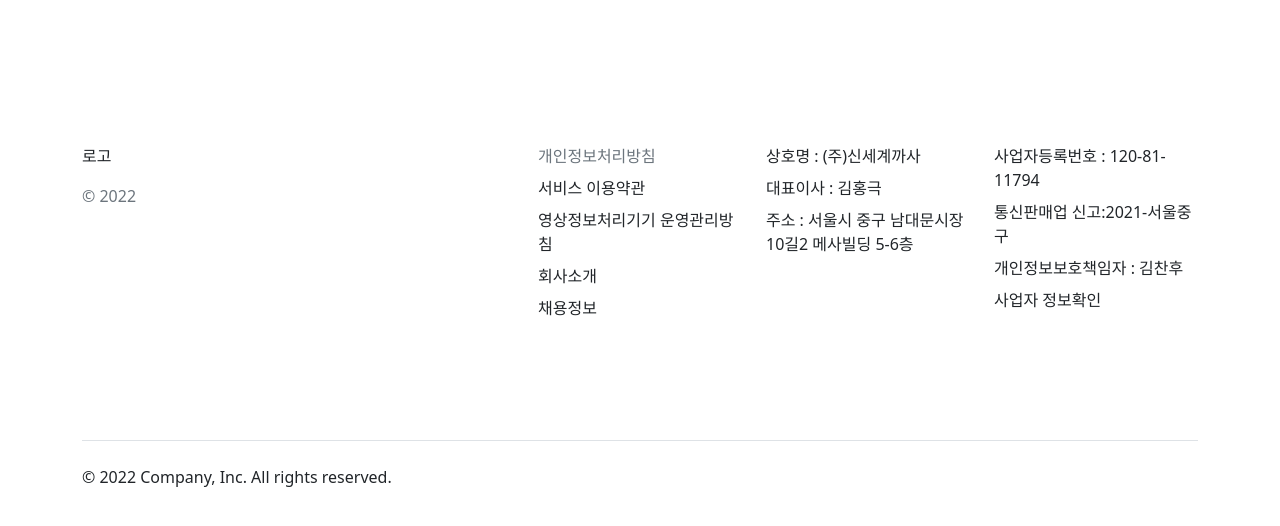
Repository: raoniee/Elice-House-Project
Page: FE/src/components/footer/footer.html
The author's editor kept a copy of each file at every save. The page is drawn from the files as they stood at one save, then again after the next save.
The browser window is 1280 px wide. The pictures show the whole page.

Above is the page before, as saved 2023-07-05 12:47:38.

After the next save:
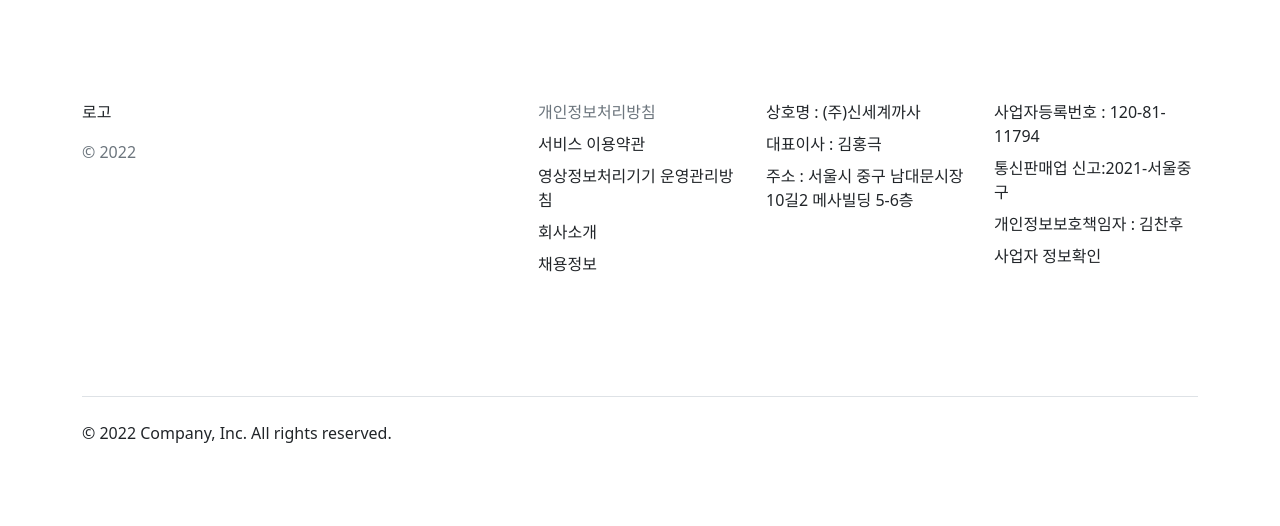
Saved 3 min 28 s later.
--- a/FE/src/components/footer/footer.html
+++ b/FE/src/components/footer/footer.html
@@ -13,76 +13,74 @@
     />
   </head>
   <body>
-    <div class="container">
-      <footer class="py-5">
-        <div class="row py-5 my-5">
-          <div class="col mb-3">
-            <a
-              href="/"
-              class="d-flex align-items-center mb-3 link-dark text-decoration-none"
-            >
-              로고
-            </a>
-            <p class="text-muted">&copy; 2022</p>
-          </div>
+    <div class="container py-1">
+      <div class="row py-5 my-5">
+        <div class="col mb-3">
+          <a
+            href="/"
+            class="d-flex align-items-center mb-3 link-dark text-decoration-none"
+          >
+            로고
+          </a>
+          <p class="text-muted">&copy; 2022</p>
+        </div>
 
-          <div class="col mb-3"></div>
+        <div class="col mb-3"></div>
 
-          <div class="col mb-3">
-            <ul class="nav flex-column">
-              <li class="nav-item mb-2 text-muted">개인정보처리방침</li>
-              <li class="nav-item mb-2">서비스 이용약관</li>
-              <li class="nav-item mb-2">영상정보처리기기 운영관리방침</li>
-              <li class="nav-item mb-2">회사소개</li>
-              <li class="nav-item mb-2">채용정보</li>
-            </ul>
-          </div>
+        <div class="col mb-3">
+          <ul class="nav flex-column">
+            <li class="nav-item mb-2 text-muted">개인정보처리방침</li>
+            <li class="nav-item mb-2">서비스 이용약관</li>
+            <li class="nav-item mb-2">영상정보처리기기 운영관리방침</li>
+            <li class="nav-item mb-2">회사소개</li>
+            <li class="nav-item mb-2">채용정보</li>
+          </ul>
+        </div>
 
-          <div class="col mb-3">
-            <ul class="nav flex-column">
-              <li class="nav-item mb-2">상호명 : (주)신세계까사</li>
-              <li class="nav-item mb-2">대표이사 : 김홍극</li>
-              <li class="nav-item mb-2">
-                주소 : 서울시 중구 남대문시장10길2 메사빌딩 5-6층
-              </li>
-            </ul>
-          </div>
-
-          <div class="col mb-3">
-            <ul class="nav flex-column">
-              <li class="nav-item mb-2">사업자등록번호 : 120-81-11794</li>
-              <li class="nav-item mb-2">통신판매업 신고:2021-서울중구</li>
-              <li class="nav-item mb-2">개인정보보호책임자 : 김찬후</li>
-              <li class="nav-item mb-2">사업자 정보확인</li>
-            </ul>
-          </div>
-        </div>
-        <div
-          class="d-flex flex-column flex-sm-row justify-content-between py-4 my-4 border-top"
-        >
-          <p>&copy; 2022 Company, Inc. All rights reserved.</p>
-          <ul class="list-unstyled d-flex">
-            <li class="ms-3">
-              <a class="link-dark" href="#"
-                ><svg class="bi" width="24" height="24">
-                  <use xlink:href="#twitter" /></svg
-              ></a>
-            </li>
-            <li class="ms-3">
-              <a class="link-dark" href="#"
-                ><svg class="bi" width="24" height="24">
-                  <use xlink:href="#instagram" /></svg
-              ></a>
-            </li>
-            <li class="ms-3">
-              <a class="link-dark" href="#"
-                ><svg class="bi" width="24" height="24">
-                  <use xlink:href="#facebook" /></svg
-              ></a>
+        <div class="col mb-3">
+          <ul class="nav flex-column">
+            <li class="nav-item mb-2">상호명 : (주)신세계까사</li>
+            <li class="nav-item mb-2">대표이사 : 김홍극</li>
+            <li class="nav-item mb-2">
+              주소 : 서울시 중구 남대문시장10길2 메사빌딩 5-6층
             </li>
           </ul>
         </div>
-      </footer>
+
+        <div class="col mb-3">
+          <ul class="nav flex-column">
+            <li class="nav-item mb-2">사업자등록번호 : 120-81-11794</li>
+            <li class="nav-item mb-2">통신판매업 신고:2021-서울중구</li>
+            <li class="nav-item mb-2">개인정보보호책임자 : 김찬후</li>
+            <li class="nav-item mb-2">사업자 정보확인</li>
+          </ul>
+        </div>
+      </div>
+      <div
+        class="d-flex flex-column flex-sm-row justify-content-between py-4 my-4 border-top"
+      >
+        <p>&copy; 2022 Company, Inc. All rights reserved.</p>
+        <ul class="list-unstyled d-flex">
+          <li class="ms-3">
+            <a class="link-dark" href="#"
+              ><svg class="bi" width="24" height="24">
+                <use xlink:href="#twitter" /></svg
+            ></a>
+          </li>
+          <li class="ms-3">
+            <a class="link-dark" href="#"
+              ><svg class="bi" width="24" height="24">
+                <use xlink:href="#instagram" /></svg
+            ></a>
+          </li>
+          <li class="ms-3">
+            <a class="link-dark" href="#"
+              ><svg class="bi" width="24" height="24">
+                <use xlink:href="#facebook" /></svg
+            ></a>
+          </li>
+        </ul>
+      </div>
     </div>
 
     <script
